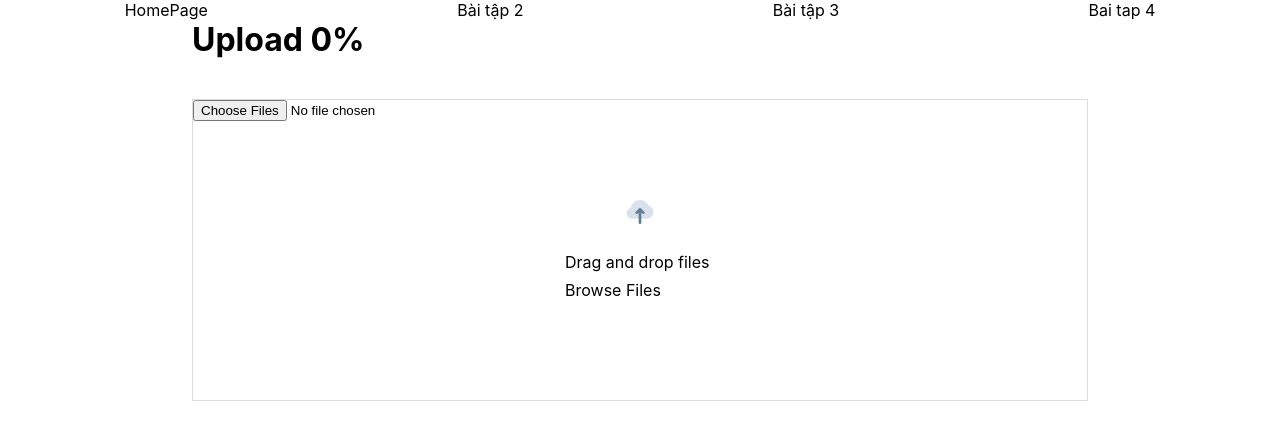
Repository: tungdau93/Training-ReactJS
Page: /bai-tap-3
These files come from the project's save history. The page is drawn as it stood at one moment and after the next save; the edit follows.
The browser window is 1280 px wide. The pictures show the whole page.
The project was rebuilt for these pictures with package versions that can differ from the ones it lists, and the page was loaded fresh each time. Also part of the build but not shown: src/App.css, src/hooks/useClickOutside.js, src/Assignments/BaiTap2.jsx, src/Assignments/HomePage.jsx.

Above is the page before, as saved 2022-10-03 10:57:24.

### src/App.js
import { BrowserRouter, Route, Routes } from "react-router-dom";
import "./App.css";
import BaiTap2 from "./Assignments/BaiTap2";
import BaiTap3 from "./Assignments/BaiTap3";
import HomePage from "./Assignments/HomePage";
import Menu from "./Assignments/Menu";

function App() {
  return (
    <BrowserRouter>
      <Menu />
      <Routes>
        <Route path="/" element={<HomePage />} />
        <Route path="/bai-tap-2" element={<BaiTap2 />} />
        <Route path="/bai-tap-3" element={<BaiTap3 />} />
      </Routes>
    </BrowserRouter>
  );
}

export default App;

### src/Assignments/BaiTap3.jsx
import { ref, uploadBytesResumable } from "@firebase/storage";
import React, { useRef, useState } from "react";
import { storage } from "../firebase";
import "../style/_bai-tap-3.scss";

const BaiTap3 = () => {
  const listUploadedRef = useRef();
  const fileUploadedRef = useRef();

  const [files, setFiles] = useState([]);
  const [progress, setProgress] = useState(0);
  const [isSizeValid, setIsSizeValid] = useState(true);
  const [isActive, setIsActive] = useState(true);
  const [isValidNumberOfFiles, setValidNumberOfFiles] = useState(false);

  const RemoveAddFile = [];

  const handleSlide = () => {
    const listUploadedOffsetWidth = listUploadedRef.current?.offsetWidth;
    const listUploadedClientWidth = listUploadedRef.current?.clientWidth;
    const fileUploadedWidth = fileUploadedRef.current?.offsetWidth;
    const removeSpace = listUploadedOffsetWidth - listUploadedClientWidth;
    console.log(removeSpace);

    if (listUploadedRef.current && fileUploadedRef.current) {
      listUploadedRef.current.scrollTo({
        left: fileUploadedWidth,
        behavior: "smooth",
      });
    }
  };
  const handleAddFiles = (event) => {
    setValidNumberOfFiles(false);
    const file = event.target.files[0];

    event.preventDefault();
    const fileArray = event.target.files;
    for (var j = 0; j < fileArray.length; j++) {
      if (fileArray[j].size > 10485760) {
        setIsSizeValid(false);
        setIsActive(false);
        return;
      }
    }
    setIsActive(true);
    setIsSizeValid(true);

    const newFiles = [...files];
    for (let k = 0; k < fileArray.length; k++) {
      newFiles.push(fileArray[k]);
    }
    setFiles(newFiles);
  };

  const uploadFiles = (file) => {
    if (!file) return;
    const storageRef = ref(storage, `/files/${file.name}`);
    const uploadTask = uploadBytesResumable(storageRef, file);
    uploadTask.on(
      "state_changed",
      (snapshot) => {
        const prog = Math.round(
          (snapshot.bytesTransferred / snapshot.totalBytes) * 100
        );
        setProgress(prog);
      },
      (err) => console.log(err)
    );
  };

  const handleUpload = (event) => {
    event.preventDefault();

    const newFilesUpload = [...files];
    if (files.length > 0 && files.length <= 4) {
      for (let i = 0; i < newFilesUpload.length; i++) {
        uploadFiles(newFilesUpload[i]);
        console.log(newFilesUpload[i]);
        setFiles(RemoveAddFile);
      }
    } else {
      setValidNumberOfFiles(true);
      setFiles(RemoveAddFile);
      setIsActive(false);
    }
  };

  const handleClose = (index) => {
    const fileSelected = files.filter((file) => file.index === index);
    // console.log(newFiles);
    const newFiles = [...files];
    newFiles.pop(fileSelected);
    setFiles([...newFiles]);
  };

  return (
    <div className="drag-drop-files-container">
      <h1>Upload {progress}%</h1>
      {/* <img
        onClick={handleSlide}
        src={require("../assets/images/submit-icon.png")}
        alt=""
        className="slide-icon"
      /> */}

      <div className="drag-drop-files">
        <div className="drag-drop-label">
          <span className="image-drag-drop">
            <img
              alt=""
              src={require("../assets/images/upload-icon.png")}
              width={32}
              height={32}
            />
          </span>
          <span>Drag and drop files</span>
          <span>Browse Files</span>
        </div>

        <input
          id="name"
          type="file"
          className="input-files"
          onChange={handleAddFiles}
          multiple
        />
        {/* <form onSubmit={(event) => handleUpload(event)}>
          <label htmlFor="name" className="drag-and-drop-img">
            <img alt="" src={require("../assets/images/upload-icon.png")} />
          </label>
          <label htmlFor="name" className="drag-and-drop-heading">
            Drag and drop files
          </label>
          <label htmlFor="name" className="drag-and-drop-heading--sub-heading">
            Browse Files
          </label>
          <input
            id="name"
            type="file"
            className="input"
            onChange={handleAddFiles}
            multiple
          />
          <button type="submit" className="submit">
            Upload
          </button>
        </form> */}
      </div>

      {/* {isSizeValid ? (
        <div ref={listUploadedRef} className="show-data--hidden">
          {files &&
            files.map((file, index) => {
              // console.log(file.type);
              return (
                <FileUpload
                  handleClose={() => handleClose(index)}
                  key={index}
                  ref={fileUploadedRef}
                  fileType={file.type}
                  fileName={file.name}
                  fileSize={file.size}
                />
              );
            })}
        </div>
      ) : (
        <span className="maximum-files-size">
          The maximum file size is 10MB
        </span>
      )} */}

      {/* {isValidNumberOfFiles ? (
        <span className="maximum-files-length">
          Maximum length of files is 4
        </span>
      ) : null} */}
    </div>
  );
};

export default BaiTap3;

### src/Assignments/Menu.jsx
  import React from "react";
import { useNavigate } from "react-router-dom";

const styleHomePage={
        display:'flex',
        justifyContent: 'center',
}

const styleUl = {
    display: 'flex',
    justifyContent: 'space-around',
    // ListStyle:"none"
}
const handleMouseOver =(e)=>{
    e.target.style.color = '#DC143C'
}
const handleMouseOut =(e)=>{
    e.target.style.color = '#000'
}

const Menu = () => {
  const navigate = useNavigate();

  const redirectPage = (url) => {
    navigate(url);
  };

  return (
    <div>
      <ul style={styleUl}>
        <li style={{listStyleType:'none'}} onMouseOver={handleMouseOver} onMouseOut={handleMouseOut} onClick={() => redirectPage("/")}>
          <div style={styleHomePage}>HomePage</div>
        </li>
        <li style={{listStyleType:'none'}}  onMouseOver={handleMouseOver} onMouseOut={handleMouseOut} onClick={() => redirectPage("/bai-tap-2")}>
          <div >Bài tập 2</div>
        </li>
        <li style={{listStyleType:'none'}} onMouseOver={handleMouseOver} onMouseOut={handleMouseOut} onClick={() => redirectPage("/bai-tap-3")}>
          <div >Bài tập 3</div>
        </li>
        <li style={{listStyleType:'none'}} onMouseOver={handleMouseOver} onMouseOut={handleMouseOut} onClick={() => redirectPage("/bai-tap-4")}>
          <div >Bai tap 4

          </div>
        </li>
      </ul>
    </div>
  );
};

export default Menu;

### src/style/_bai-tap-2.scss
*{
    padding: 0;
    margin:0;
}
.app {
    background-color:#1E1E1E;
    #title {
        top:-976px;
        left:-1124px;
        color:#a0a0a0;
        width: 2227px;
        height:1933px;
        &:hover{
            color:#99CCFF;
            opacity:.6;
    }
    }
    .app__container{
        width: 2227px; ;
        height: 1933px;
        background-color:#F8F8F8;
        position:relative;
        .app__container--heading{
            display: flex;
            flex-direction: row;
            align-items: center;
            padding: 50px 99px 50px 56px;
            gap: 10px;
            display:block;

            position: absolute;
            width: 2227px;
            height: 140px;
            left: 0px;
            top: 0px;
            background-color:#333333;
            .app__container--heading-name{
                display: flex;
                flex-direction: row;
                align-items: center;
                padding: 0px;
                gap: 30px;

                width: 323px;
                height: 56px;


                /* Inside auto layout */

                flex: none;
                order: 0;
                flex-grow: 0;
                .app__container--heading-name--japanese{
                    width: 144px;
                    height: 56px;

                    font-family: 'Roboto';
                    font-style: normal;
                    font-weight: 700;
                    font-size: 48px;
                    line-height: 56px;




                /* White */

                    color: #FFFFFF;


                /* Inside auto layout */

                    flex: none;
                    order: 0;
                    flex-grow: 0;

                }
                .app__container--heading-name--english{
                    width: 149px;
                height: 38px;

                font-family: 'Roboto';
                font-style: normal;
                font-weight: 400;
                font-size: 32px;
                line-height: 38px;
                /* identical to box height */


                /* White */

                color: #FFFFFF;


                /* Inside auto layout */

                flex: none;
                order: 1;
                flex-grow: 0;
                }
            }
        }
        .app__container--input-wrapper{
    position: relative;
    display: flex;
    flex-direction: column;
    align-items: flex-start;
    padding: 0px;

    position: absolute;
    width: 400px;
    height: 46px;
    left: 379px;
    top: 308px;
    .app__container--input-wrapper--input{
        box-sizing: border-box;

    /* Auto layout */


    display: flex;
    flex-direction: row;
    align-items: center;
    padding: 8px 10px;
    gap: 4px;

    width: 400px;
    height: 49px;

    background: rgba(230, 249, 255, 0.2);
    /* Black / 04 */

    border: 1px solid #DBDBDB;
    border-radius: 4px;

    /* Inside auto layout */

    flex: none;
    order: 0;
    align-self: stretch;
    flex-grow: 0;



            }

     .fa-thin{
    position: absolute;
            }
    .app__container--input-wrapper--dropdown-list{
display: flex;

display:none;
// flex-direction: column;
// align-items: flex-start;
position: absolute;
width: 400px;
height: 128px;
left: 0;
top: 49px;
// background-color: yellow;

filter: drop-shadow(0px 1px 8px rgba(102, 102, 102, 0.25));
border-radius: 4px;
        .app__container--input-wrapper--dropdown-list--item1{
            position: absolute;
            width: 100%;
            height: 49px;
            background: rgba(230, 249, 255, 0.2);
            border-radius: 4px;
            display:block

        }
        .app__container--input-wrapper--dropdown-list--item2{
            position: absolute;
            width: 100%;
            height: 49px;
            border-radius: 4px;
            background: rgba(230, 249, 255, 0.2);
            top: 49px;
            display:block


        }
        .app__container--input-wrapper--dropdown-list--item3{
            position: absolute;
            width: 100%;
            height: 49px;
            border-radius: 4px;
            background: rgba(230, 249, 255, 0.2);
            top:98px;
            display:block


        }

    }
}


    }
}

### src/firebase.js
import { initializeApp } from "firebase/app";
import { getStorage } from "firebase/storage";

const firebaseConfig = {
    apiKey: "AIzaSyBDyCwxOmrur5hog0XVVwqIkyzdGhH8h4w",
    authDomain: "fir-upload-d710f.firebaseapp.com",
    projectId: "fir-upload-d710f",
    storageBucket: "fir-upload-d710f.appspot.com",
    messagingSenderId: "230877422747",
    appId: "1:230877422747:web:8e36d237d55b89ca5f923e",
    measurementId: "G-Q111WB6C29"
  };

  export const app = initializeApp(firebaseConfig);
  export const storage = getStorage(app);

### src/style/_bai-tap-3.scss
//   .slide-icon {
//     top: 560px;
//     left: 1398px;
//     width: 40px;
//     height: 38px;
//     border-radius: 50%;
//     border: solid #fff;
//     &:hover {
//       border: #107ce0 solid 3px;
//     }
//   }
//   .drag-and-drop {
//     display: flex;
//     justify-content: center;
//     width: 842px;
//     height: 232px;
//     left: 579px;
//     // right: 79.24%;
//     top: 249px;
//     background: #f8f8f8;
//     border: 1px solid #dcdcdc;
//     border-radius: 7px;
//     z-index: 1;
//     .drag-and-drop-img {
//       top: 45px;
//       left: 381px;
//       display: flex;
//       position: absolute;
//       min-width: 70px;
//       min-height: 70px;

//       justify-content: center;
//       align-items: center;
//     }
//     .drag-and-drop-heading {
//       top: 113px;
//       left: 342px;
//       display: flex;
//       position: absolute;
//       min-width: 100px;
//       align-items: center;
//       justify-content: center;
//       font-family: "Noto Sans";
//       font-style: normal;
//       font-weight: 700;
//       font-size: 18px;
//       line-height: 22px;
//       color: #333333;
//     }
//     .drag-and-drop-heading--sub-heading {
//       top: 137px;
//       left: 373px;
//       position: absolute;
//       min-width: 50px;
//       align-items: center;
//       justify-content: center;
//       font-family: "Noto Sans";
//       font-style: normal;
//       font-size: 18px;
//       line-height: 22px;
//       color: #333333;
//       text-decoration: underline;
//     }
//     &:hover {
//       border: 1px solid #107ce0;
//     }
//     .input {
//       width: 842px;
//       height: 232px;
//       position: absolute;
//       // right: 79.24%;
//       background: #f8f8f8;
//       // border: 1px solid #dcdcdc;
//       border-radius: 7px;
//       z-index: -1;
//       color: transparent;

//       &::-webkit-file-upload-button {
//         display: none;
//       }
//     }
//     .submit {
//       position: absolute;
//       top: 360px;
//       left: 359px;
//       width: 113px;
//       height: 43px;
//       border-radius: 3px;
//       z-index: -1;
//       border: none;
//       &:hover {
//         border: 1px solid #107ce0;
//       }
//     }
//     .submit-img {
//       position: absolute;
//       top: 261px;
//       left: 825px;
//       width: 32px;
//       height: 32px;
//       border-radius: 50%;
//       z-index: 1;
//     }
//     .drag-and-drop--upload-icon {
//       position: absolute;
//       height: 18.67px;
//       width: 26.67px;
//       top: 64px;
//       left: 397.67px;
//       right: 417.67px;
//       z-index: 1;
//     }

//   }

//   .drag-and-drop--alert {
//     width: 842px;
//     height: 232px;
//     position: relative;
//     left: 579px;
//     // right: 79.24%;
//     top: 249px;
//     background: #f8f8f8;
//     border: 1px solid  #ED5D5D;
//     border-radius: 7px;
//     z-index: 1;
//     .drag-and-drop-img {
//       top: 45px;
//       left: 381px;
//       display: flex;
//       position: absolute;
//       min-width: 70px;
//       min-height: 70px;

//       justify-content: center;
//       align-items: center;
//     }
//     .drag-and-drop-heading {
//       top: 113px;
//       left: 342px;
//       display: flex;
//       position: absolute;
//       min-width: 100px;
//       align-items: center;
//       justify-content: center;
//       font-family: "Noto Sans";
//       font-style: normal;
//       font-weight: 700;
//       font-size: 18px;
//       line-height: 22px;
//       color: #333333;
//     }
//     .drag-and-drop-heading--sub-heading {
//       top: 137px;
//       left: 373px;
//       position: absolute;
//       min-width: 50px;
//       align-items: center;
//       justify-content: center;
//       font-family: "Noto Sans";
//       font-style: normal;
//       font-size: 18px;
//       line-height: 22px;
//       color: #333333;
//       text-decoration: underline;
//     }
//     &:hover {
//       border: 1px solid #107ce0;
//     }
//     .input {
//       width: 842px;
//       height: 232px;
//       position: absolute;
//       // right: 79.24%;
//       background: #f8f8f8;
//       // border: 1px solid #dcdcdc;
//       border-radius: 7px;
//       z-index: -1;
//       color: transparent;

//       &::-webkit-file-upload-button {
//         display: none;
//       }
//     }
//     .submit {
//       position: absolute;
//       top: 360px;
//       left: 359px;
//       width: 113px;
//       height: 43px;
//       border-radius: 3px;
//       z-index: -1;
//       border: none;
//       &:hover {
//         border: 1px solid #107ce0;
//       }
//     }
//     .submit-img {
//       position: absolute;
//       top: 261px;
//       left: 825px;
//       width: 32px;
//       height: 32px;
//       border-radius: 50%;
//       z-index: 1;
//     }
//     .drag-and-drop--upload-icon {
//       position: absolute;
//       height: 18.67px;
//       width: 26.67px;
//       top: 64px;
//       left: 397.67px;
//       right: 417.67px;
//       z-index: 1;
//     }

//   }

//   .invalid {
//     position: absolute;
//     top: 93px;
//     left: 32px;
//     width: 24px;
//     height: 32px;
//     background-color: rgba(255, 0, 0, 0.5);
//     border: solid 0.5px rgb(153, 167, 181);
//     border-radius: 3px;
//   }

// .maximum-files-length{
//     color: #ED5D5D;
//     top: 169px;
//     position: relative;
//     left: 581px;
// }

// .maximum-files-size{
//   color: #ED5D5D;
//   top: 278px;
//   position: relative;
//   left: 581px;
// }

.drag-drop-files-container {
  width: 70%;
  margin: auto;

  .drag-drop-files {
    display: flex;
    justify-content: center;
    margin-top: 40px;
    border: 1px solid #dcdcdc;
    height: 300px;
    position: relative;

    .drag-drop-label {
      display: flex;
      flex-direction: column;
      min-width: 150px;
      position: absolute;
      bottom: calc(300px - 54px - 150px);

      .image-drag-drop {
        display: flex;
        justify-content: center;

        img {
          margin-bottom: 16px;
        }
      }

      span {
        margin: 4px 0;
      }
    }

    .input-files {
      width: 100%;
      display: 0;
    }
  }
}

Loaded but not shown: public/index.html (common file); src/index.js (common file); src/index.css (common file); src/reportWebVitals.js (common file)

After the next save:
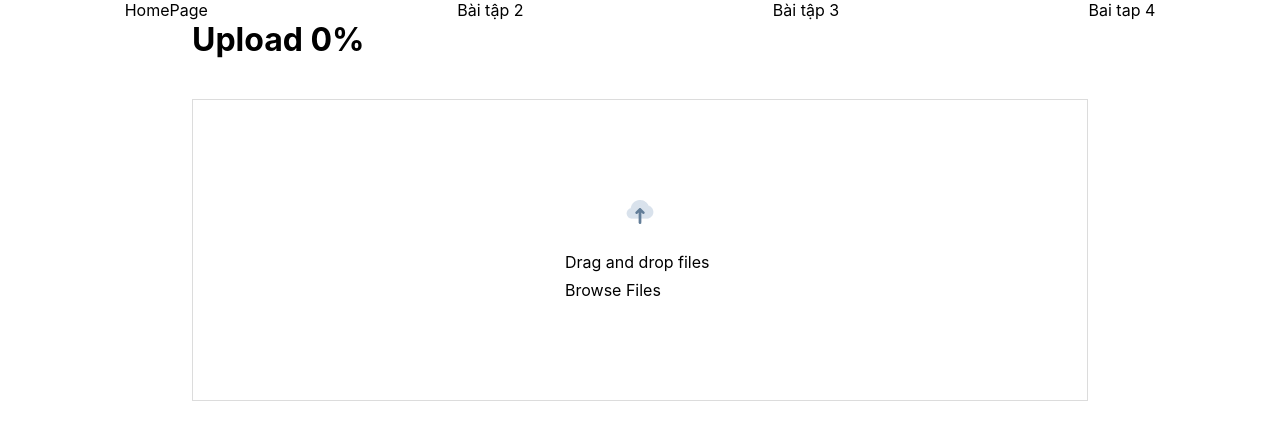
Saved 4 s later.
--- a/src/style/_bai-tap-3.scss
+++ b/src/style/_bai-tap-3.scss
@@ -276,7 +276,7 @@
 
     .input-files {
       width: 100%;
-      display: 0;
+      opacity: 0;
     }
   }
 }

After the save that followed:
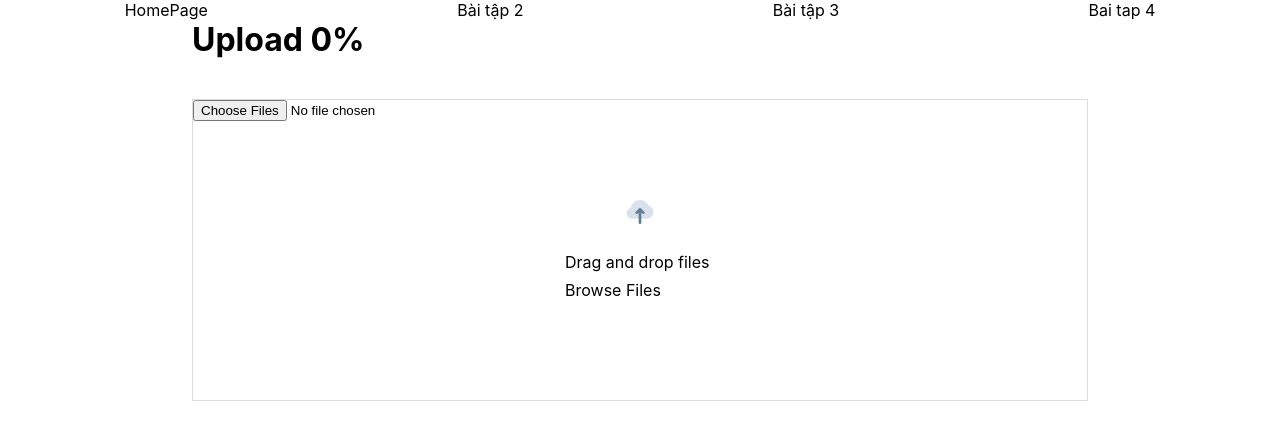
Saved 9 s later.
--- a/src/style/_bai-tap-3.scss
+++ b/src/style/_bai-tap-3.scss
@@ -276,7 +276,7 @@
 
     .input-files {
       width: 100%;
-      opacity: 0;
+      // opacity: 0;
     }
   }
 }
